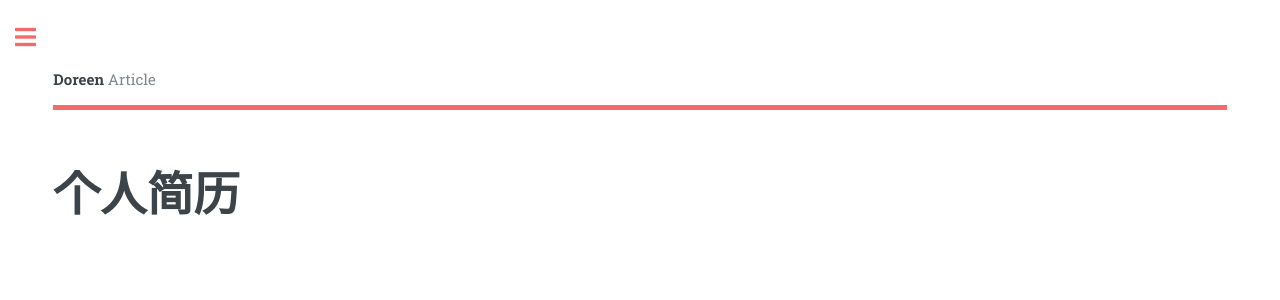
Repository: Hpz3859/Hpz3859.github.io
Page: mysql.html
The author's editor kept a copy of each file at every save. The page is drawn from the files as they stood at one save, then again after the next save.
The browser window is 1280 px wide. The pictures show the whole page.

Above is the page before, as saved 2025-03-19 13:49:40.

### mysql.html
<!DOCTYPE HTML>
<!--
	Editorial by HTML5 UP
	html5up.net | @ajlkn
	Free for personal and commercial use under the CCA 3.0 license (html5up.net/license)
-->
<html>
	<head>
		<title>Doreen resume</title>
		<meta charset="utf-8" />
		<meta name="viewport" content="width=device-width, initial-scale=1, user-scalable=no" />
		<link rel="stylesheet" href="assets/css/main.css" />
	</head>
	<body class="is-preload">

		<!-- Wrapper -->
			<div id="wrapper">

				<!-- Main -->
					<div id="main">
						<div class="inner">

							<!-- Header -->
								<header id="header">
									<a href="index.html" class="logo"><strong>Doreen</strong> Article</a>
									<!--
									<ul class="icons">
										<li><a href="#" class="icon brands fa-twitter"><span class="label">Twitter</span></a></li>
										<li><a href="#" class="icon brands fa-facebook-f"><span class="label">Facebook</span></a></li>
										<li><a href="#" class="icon brands fa-snapchat-ghost"><span class="label">Snapchat</span></a></li>
										<li><a href="#" class="icon brands fa-instagram"><span class="label">Instagram</span></a></li>
										<li><a href="#" class="icon brands fa-medium-m"><span class="label">Medium</span></a></li>
									</ul>
									-->
								</header>

							<!-- Content -->
								<section>
									<header class="main">
										<h1>个人简历</h1>
									</header>


								</section>

						</div>
					</div>

				<!-- Sidebar -->
					<div id="sidebar">
						<div class="inner">

							<!-- Search -->
								<section id="search" class="alt">
									<form method="post" action="#">
										<input type="text" name="query" id="query" placeholder="Search" />
									</form>
								</section>

							<!-- Menu -->
								<nav id="menu">
									<header class="major">
										<h2>目录</h2>
									</header>
									<ul>
										<li><a href="index.html">主页</a></li>
										<li>
											<span class="opener">过往经历</span>
											<ul>
												<li><a href="resume.html">个人简历</a></li>
												<li><a href="#">项目笔记</a></li>
												<li><a href="#">MySQL学习笔记</a></li>
											</ul>
											<span class="opener">文章</span>
											<ul>
												<li><a href="#">过往经历</a></li>
												<li><a href="#">数据挖掘</a></li>
												<li><a href="#">量化与投资</a></li>
												<li><a href="#">随笔</a></li>
											</ul>
										</li>
										<li><a href="#">视频</a></li>
									</ul>
								</nav>


							<!-- Section -->
								<section>
									<header class="major">
										<h2>联系我</h2>
									</header>
									<p> </p>
									<ul class="contact">
										<li class="icon solid fa-envelope"><a href="#">h18286003859@163.com</a></li>
										<li class="icon solid fa-phone">(+86)13001993255</li>
										<!-- 地址
										<li class="icon solid fa-home"></li>
										-->
									</ul>
								</section>

							<!-- Footer -->
							 <!--
								<footer id="footer">
									<p class="copyright">&copy; Untitled. All rights reserved. Demo Images: <a href="https://unsplash.com">Unsplash</a>. Design: <a href="https://html5up.net">HTML5 UP</a>.</p>
								</footer>
							-->

						</div>
					</div>

			</div>

		<!-- Scripts -->
			<script src="assets/js/jquery.min.js"></script>
			<script src="assets/js/browser.min.js"></script>
			<script src="assets/js/breakpoints.min.js"></script>
			<script src="assets/js/util.js"></script>
			<script src="assets/js/main.js"></script>

	</body>
</html>

Loaded but not shown: assets/js/jquery.min.js (library); assets/js/browser.min.js (common file); assets/js/breakpoints.min.js (common file); assets/css/fontawesome-all.min.css (library); assets/js/util.js (587 lines, source omitted); assets/js/main.js (262 lines, source omitted); assets/css/main.css (2273 lines, source omitted)

After the next save:
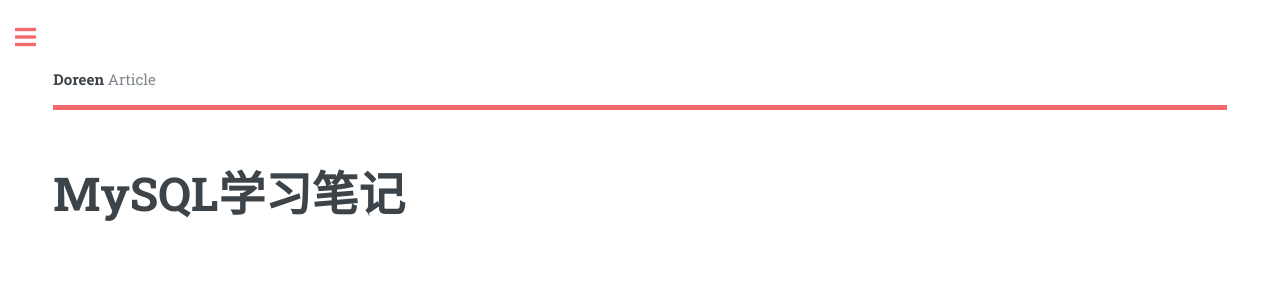
Saved 56 s later.
--- a/mysql.html
+++ b/mysql.html
@@ -37,7 +37,7 @@
 							<!-- Content -->
 								<section>
 									<header class="main">
-										<h1>个人简历</h1>
+										<h1>MySQL学习笔记</h1>
 									</header>
 
 
@@ -68,7 +68,7 @@
 											<span class="opener">过往经历</span>
 											<ul>
 												<li><a href="resume.html">个人简历</a></li>
-												<li><a href="#">项目笔记</a></li>
+												<li><a href="mysql.html">项目笔记</a></li>
 												<li><a href="#">MySQL学习笔记</a></li>
 											</ul>
 											<span class="opener">文章</span>
